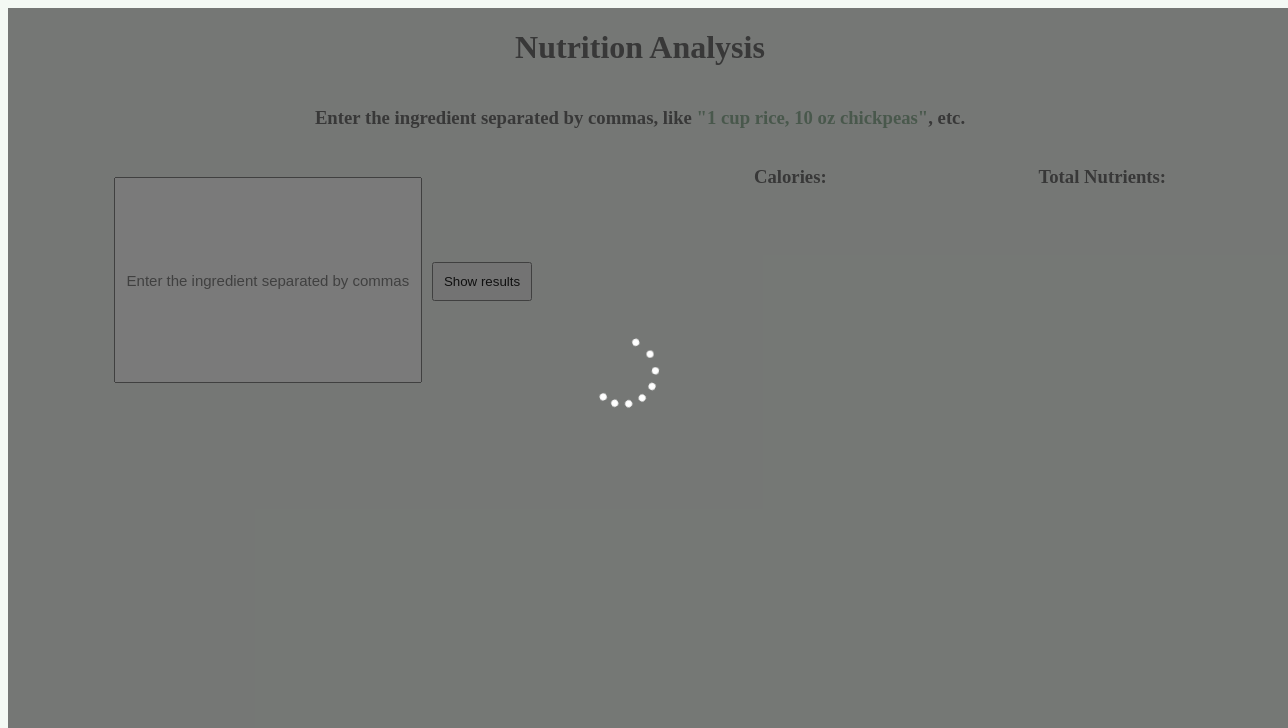
Repository: asya-aisa/nutrition-app
Page: /
These files come from the project's save history. The page is drawn as it stood at one moment and after the next save; the edit follows.
The browser window is 1280 px wide. The page is 1288 px wide, so the pictures cover 1288 px, including what lies to the right of the window. The pictures show the whole page.
The page's requests for data from a server got no answer. The project was rebuilt for these pictures with package versions that can differ from the ones it lists, and the page was loaded fresh each time. No one was signed in, and anything a server would have sent is missing. Also part of the build but not shown: src/MyComponent.js.

Above is the page before, as saved 2023-09-25 21:01:02.

After the next save:
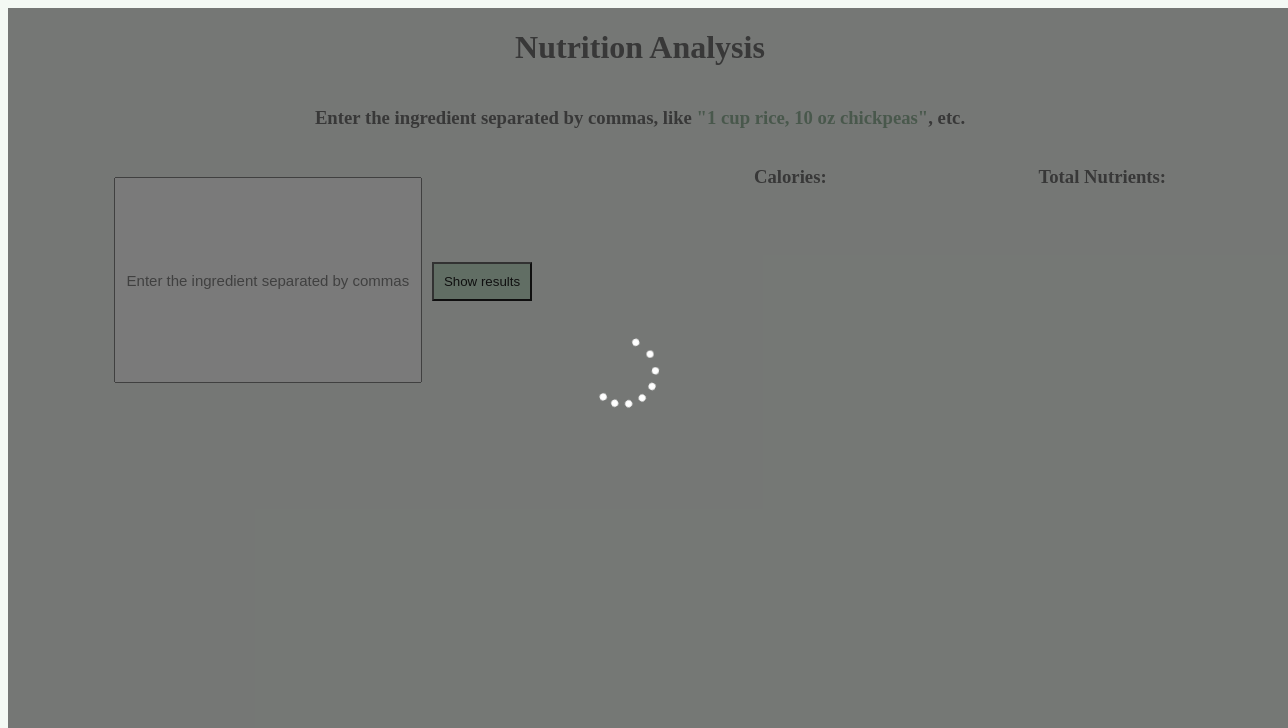
Saved 20 s later.
--- a/src/App.css
+++ b/src/App.css
@@ -31,5 +31,5 @@ span {
 .btn {
   margin: 10px;
   padding: 10px;
-  background-color: ;
+  background-color: #C4E3CB;
 }
